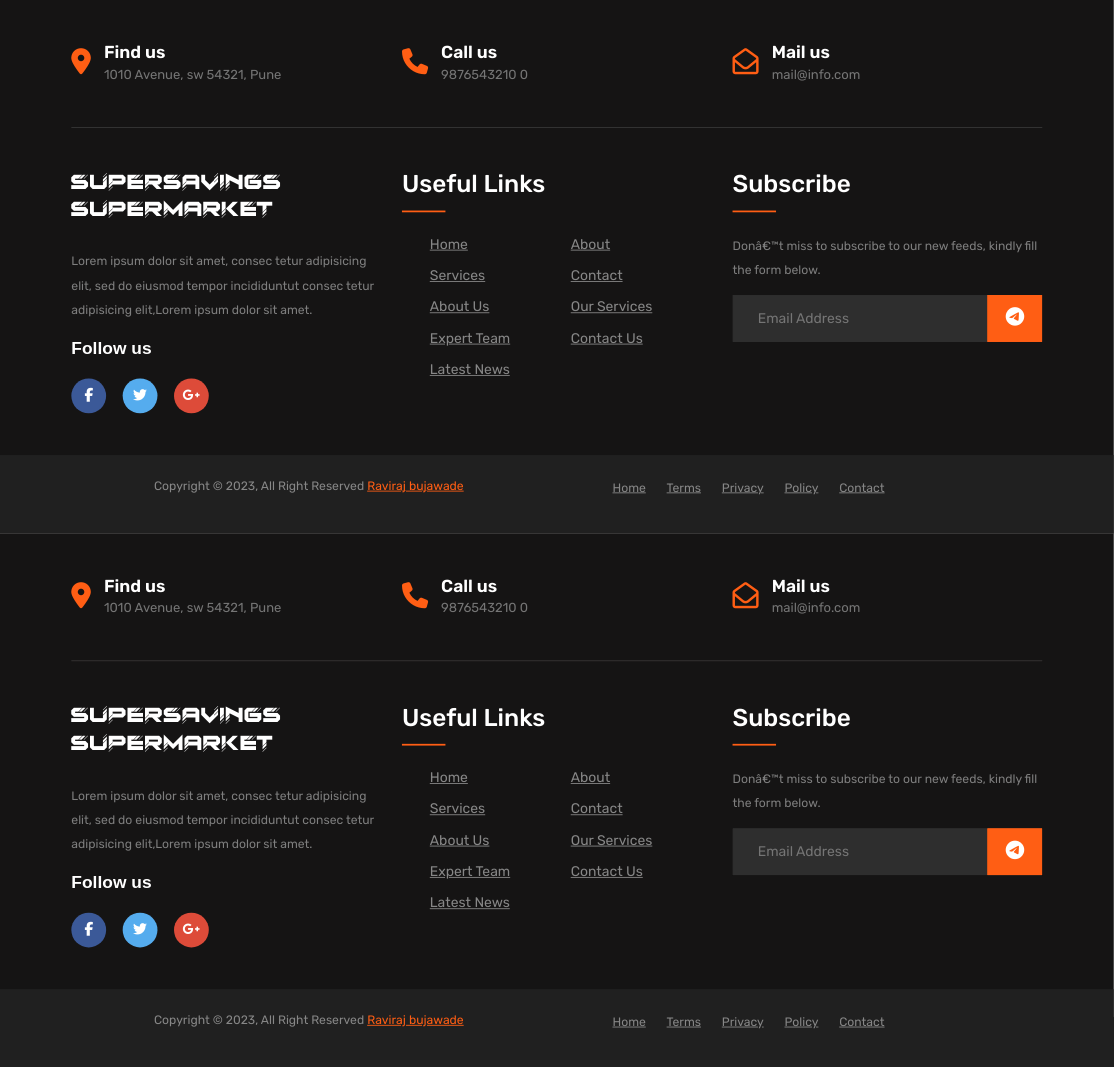
Repository: Raviraj39/SuperSaving-Online-Supermarket-Website
Page: http://localhost/Super_market/products.jsp
The author's editor kept a copy of each file at every save. The page is drawn from the files as they stood at one save, then again after the next save.
The browser window is 1280 px wide. The pictures show the whole page, at 87% of full size.
The page is served by Tomcat 9. Queries for data that is not in the repository find no rows.

Above is the page before, as saved 2023-12-27 10:20:36.

After the next save:
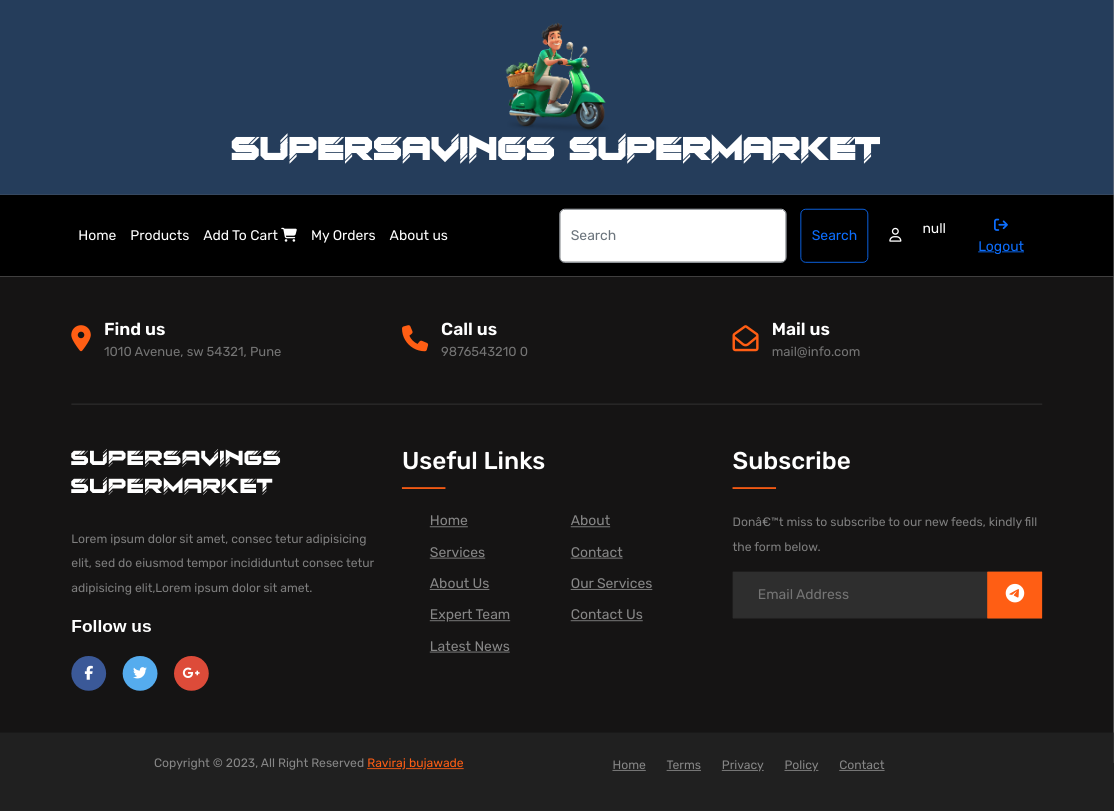
Saved 8 s later.
--- a/Super_market/src/main/webapp/products.jsp
+++ b/Super_market/src/main/webapp/products.jsp
@@ -23,7 +23,7 @@
 
 
 
-		<%@ include file="Footer.jsp"  %>
+		<%@ include file="Header.jsp"  %>
 	<section>
 		<div class="mx-0 my-0 p-0">
 			<div class="d-flex flex-coloumn justify-content-center flex-wrap align-items-center m-0 p-0">
